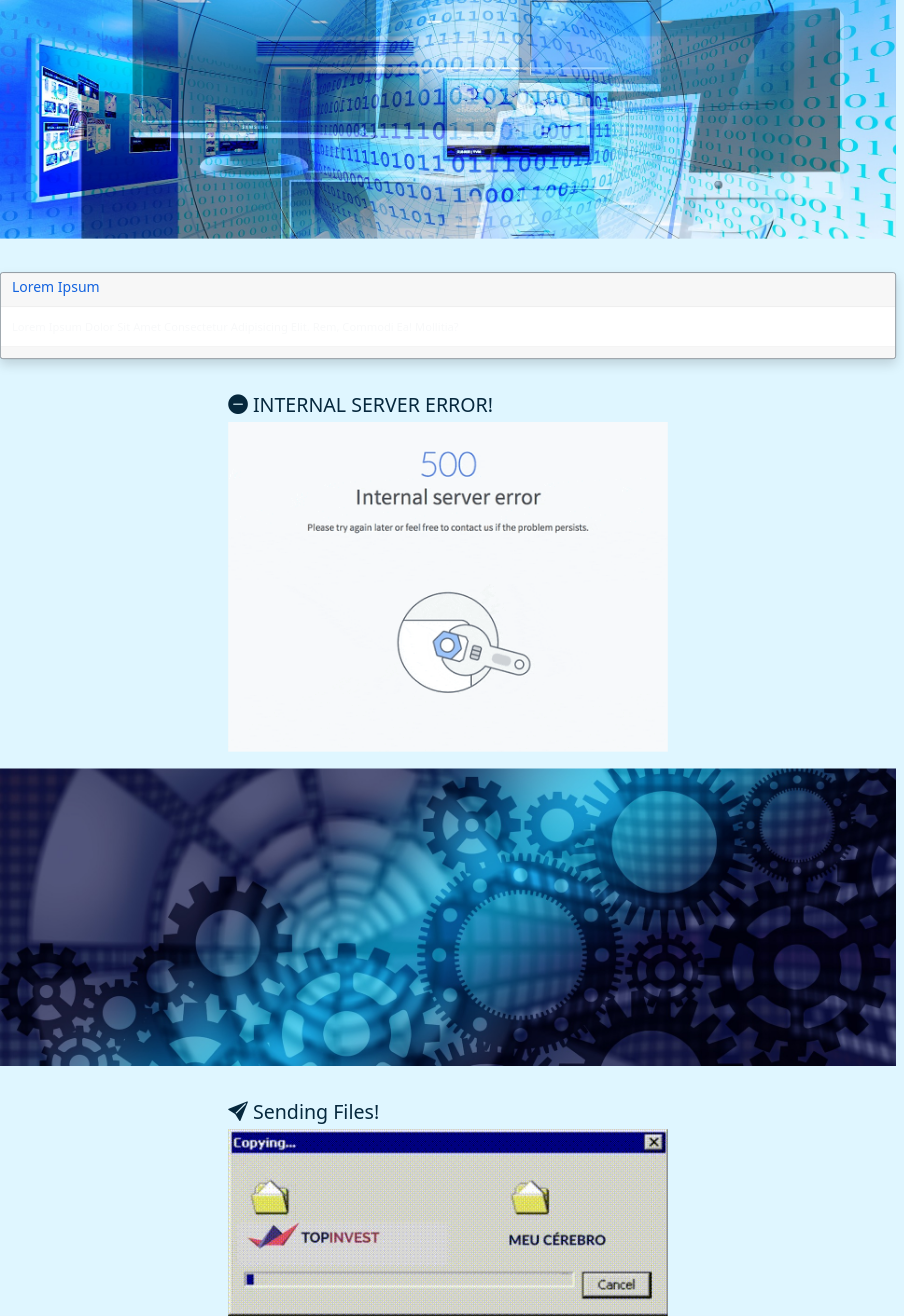
Repository: initer3737/initer3737.github.io
Page: index.html
These files come from the project's save history. The page is drawn as it stood at one moment and after the next save; the edit follows.
The browser window is 1280 px wide. The page is 1292 px wide, so the pictures cover 1292 px, including what lies to the right of the window. The pictures show the part of the page from y = 1427 to 3307 px (the page is 3307 px tall before and 3183 px after), at 70% of full size.
Some web libraries are served in a nearby version.

Above is the page before, as saved 2022-06-12 17:00:26.
Console error: TypeError: Cannot set properties of null (setting 'innerHTML')

After the next save:
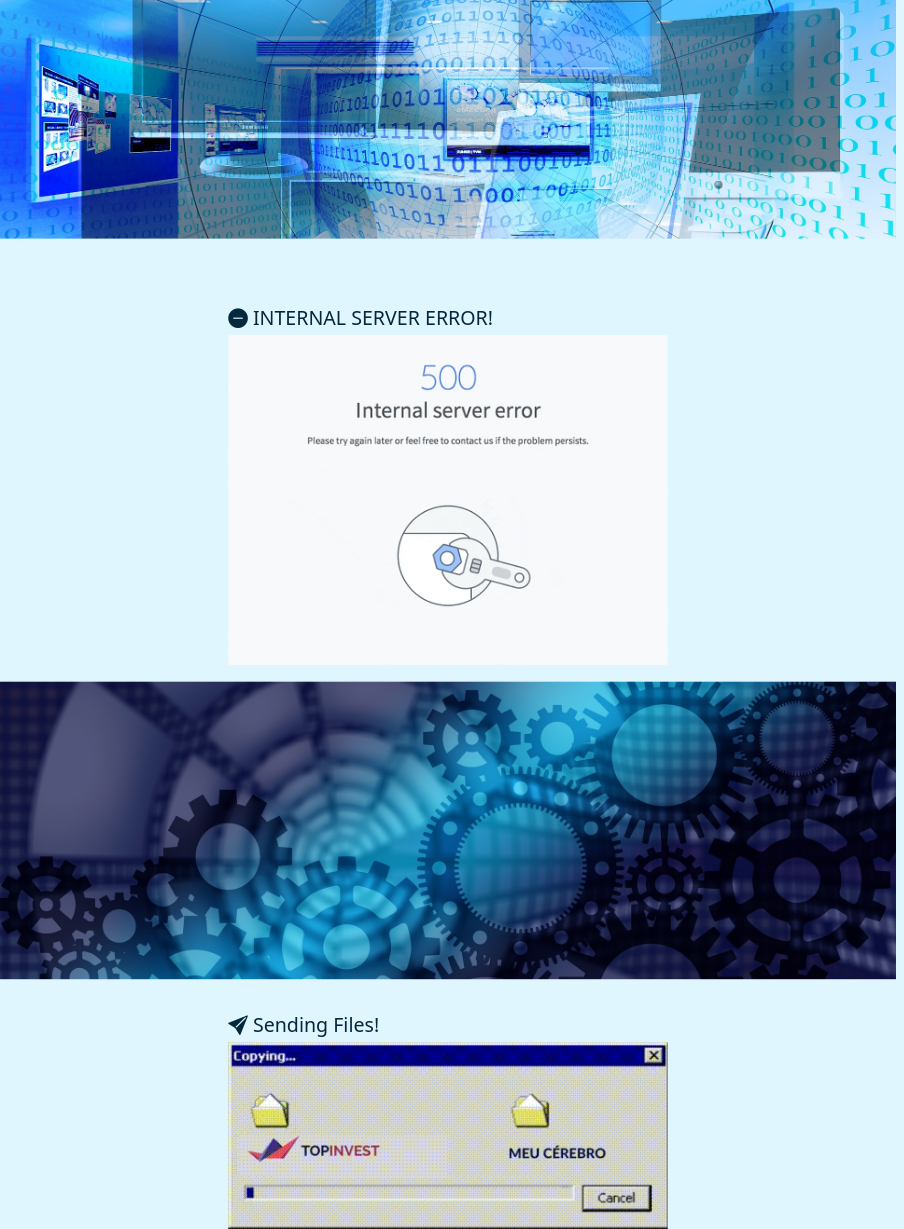
Saved 66 s later.
--- a/index.html
+++ b/index.html
@@ -86,17 +86,7 @@
             <img src="img/banner-909710_1920.jpg" class="img-fluid w-100" alt="">
            </div>
            <div class="col-12 mt-5 m-auto">
-             <div class="card rounded shadow border border-secondary">
-                <div class="card-content">
-                    <div class="card-header">
-                        <h5 class="card-title color-3">Lorem ipsum</h5>
-                    </div>
-                    <div class="card-body">
-                        Lorem ipsum dolor sit amet consectetur adipisicing elit. Rem, commodi ea! Mollitia?
-                    </div>
-                    <div class="card-footer"></div>
-                </div>
-             </div>
+
            </div>
            <div class="col-6 mt-5 m-auto">
             <div class="d-flex flex-row flex-wrap">
